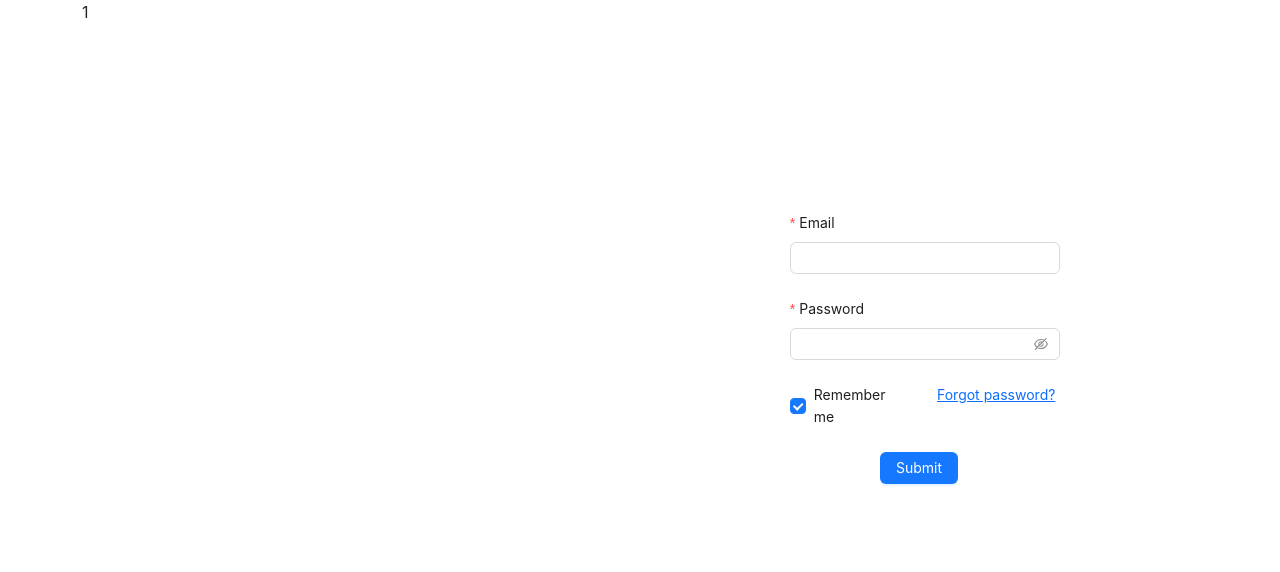
Repository: di-huynh-dev/kanban-inventory-management
Page: /
These files come from the project's save history. The page is drawn as it stood at one moment and after the next save; the edit follows.
The browser window is 1280 px wide. The pictures show the whole page.
The project was rebuilt for these pictures with package versions that can differ from the ones it lists, and the page was loaded fresh each time. Also part of the build but not shown: src/App.css, src/pages/auth/SignUp.tsx, src/routers/MainRouter.tsx.

Above is the page before, as saved 2024-09-07 11:53:04.

### public/index.html
<!DOCTYPE html>
<html lang="en">
  <head>
    <meta charset="utf-8" />
    <link rel="icon" href="%PUBLIC_URL%/favicon.ico" />
    <meta name="viewport" content="width=device-width, initial-scale=1" />
    <meta name="theme-color" content="#000000" />
    <meta
      name="description"
      content="Web site created using create-react-app"
    />
    <link rel="apple-touch-icon" href="%PUBLIC_URL%/logo192.png" />
    <link
      rel="stylesheet"
      href="https://cdn.jsdelivr.net/npm/bootstrap@5.3.2/dist/css/bootstrap.min.css"
      integrity="sha384-T3c6CoIi6uLrA9TneNEoa7RxnatzjcDSCmG1MXxSR1GAsXEV/Dwwykc2MPK8M2HN"
      crossorigin="anonymous"
    />
    <!--
      manifest.json provides metadata used when your web app is installed on a
      user's mobile device or desktop. See https://developers.google.com/web/fundamentals/web-app-manifest/
    -->
    <link rel="manifest" href="%PUBLIC_URL%/manifest.json" />
    <!--
      Notice the use of %PUBLIC_URL% in the tags above.
      It will be replaced with the URL of the `public` folder during the build.
      Only files inside the `public` folder can be referenced from the HTML.

      Unlike "/favicon.ico" or "favicon.ico", "%PUBLIC_URL%/favicon.ico" will
      work correctly both with client-side routing and a non-root public URL.
      Learn how to configure a non-root public URL by running `npm run build`.
    -->
    <title>React App</title>
  </head>
  <body>
    <noscript>You need to enable JavaScript to run this app.</noscript>
    <div id="root"></div>
    <!--
      This HTML file is a template.
      If you open it directly in the browser, you will see an empty page.

      You can add webfonts, meta tags, or analytics to this file.
      The build step will place the bundled scripts into the <body> tag.

      To begin the development, run `npm start` or `yarn start`.
      To create a production bundle, use `npm run build` or `yarn build`.
    -->
  </body>
</html>

### src/index.css
body {
  margin: 0;
  font-family: -apple-system, BlinkMacSystemFont, 'Segoe UI', 'Roboto', 'Oxygen', 'Ubuntu', 'Cantarell', 'Fira Sans',
    'Droid Sans', 'Helvetica Neue', sans-serif;
  -webkit-font-smoothing: antialiased;
  -moz-osx-font-smoothing: grayscale;
}

code {
  font-family: source-code-pro, Menlo, Monaco, Consolas, 'Courier New', monospace;
}

.content-center {
  height: 100vh;
  justify-content: center;
  align-items: center;
  display: flex;
}

### src/App.tsx
import './App.css'
import Routers from './routers/Routers'

function App() {
  return <Routers />
}

export default App

### src/routers/Routers.tsx
import AuthRouter from './AuthRouter'
import MainRouter from './MainRouter'

const Routers = () => {
  return 1 < 2 ? <AuthRouter></AuthRouter> : <MainRouter></MainRouter>
}

export default Routers

### src/routers/AuthRouter.tsx
import { createBrowserRouter, RouterProvider } from 'react-router-dom'
import { LoginPage, SignUpPage } from '../pages'

const authRouter = createBrowserRouter([
  {
    path: '/',
    element: <LoginPage></LoginPage>,
  },
  {
    path: '/sign-up',
    element: <SignUpPage></SignUpPage>,
  },
])
const AuthRouter = () => {
  return (
    <div className="container">
      <div className="row">
        <div className="col">1</div>
        <div className="col content-center">
          <RouterProvider router={authRouter} />
        </div>
      </div>
    </div>
  )
}

export default AuthRouter

### src/pages/index.ts
import LoginPage from './auth/Login'
import SignUpPage from './auth/SignUp'

export { LoginPage, SignUpPage }

### src/pages/auth/Login.tsx
import type { FormProps } from 'antd'
import { Button, Checkbox, Form, Input } from 'antd'
import { Link } from 'react-router-dom'

type FieldType = {
  email?: string
  password?: string
  remember?: string
}

const LoginPage = () => {
  const onFinish: FormProps<FieldType>['onFinish'] = (values) => {
    console.log('Success:', values)
  }

  const onFinishFailed: FormProps<FieldType>['onFinishFailed'] = (errorInfo) => {
    console.log('Failed:', errorInfo)
  }
  return (
    <>
      {' '}
      <Form
        layout="vertical"
        initialValues={{ remember: true }}
        onFinish={onFinish}
        onFinishFailed={onFinishFailed}
        autoComplete="off"
      >
        <Form.Item<FieldType>
          label="Email"
          name="email"
          rules={[{ required: true, message: 'Please input your username!' }]}
        >
          <Input />
        </Form.Item>

        <Form.Item<FieldType>
          label="Password"
          name="password"
          rules={[{ required: true, message: 'Please input your password!' }]}
        >
          <Input.Password />
        </Form.Item>

        <div className="row">
          <div className="col">
            <Form.Item<FieldType> name="remember" valuePropName="checked">
              <Checkbox>Remember me</Checkbox>
            </Form.Item>
          </div>

          <div className="col text-right">
            <Link to={'/'}>Forgot password?</Link>
          </div>
        </div>

        <Form.Item wrapperCol={{ offset: 8, span: 16 }}>
          <Button type="primary" htmlType="submit">
            Submit
          </Button>
        </Form.Item>
      </Form>
    </>
  )
}

export default LoginPage

Loaded but not shown: src/index.tsx (common file); src/reportWebVitals.ts (common file)

After the next save:
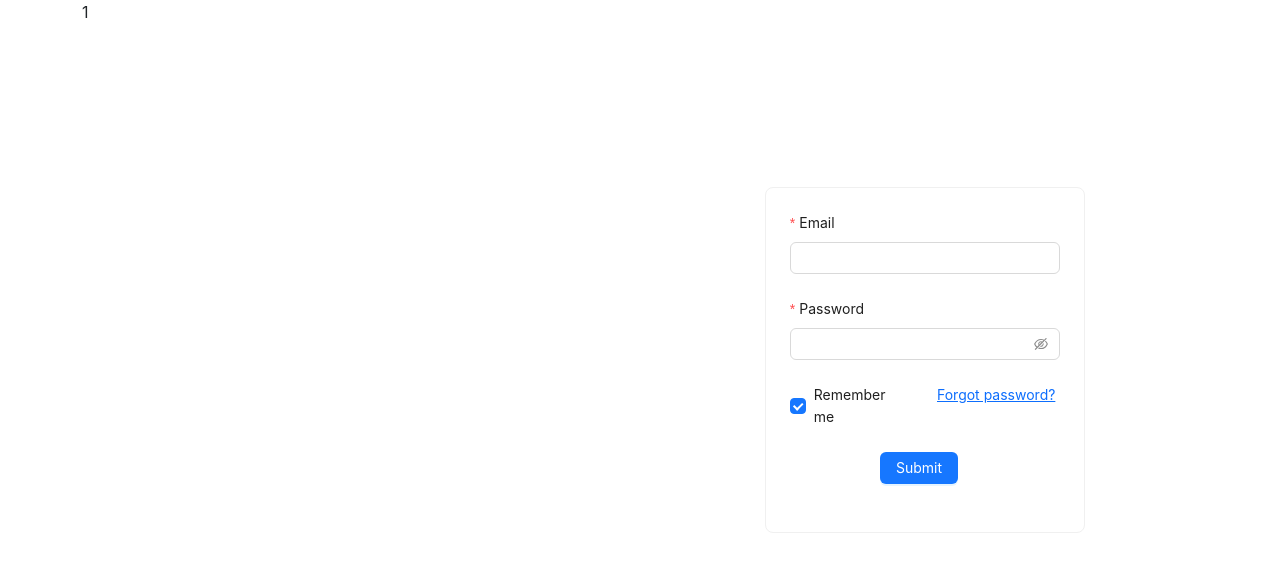
Saved 13 s later.
--- a/src/pages/auth/Login.tsx
+++ b/src/pages/auth/Login.tsx
@@ -1,5 +1,5 @@
 import type { FormProps } from 'antd'
-import { Button, Checkbox, Form, Input } from 'antd'
+import { Button, Card, Checkbox, Form, Input } from 'antd'
 import { Link } from 'react-router-dom'
 
 type FieldType = {
@@ -18,48 +18,49 @@ const LoginPage = () => {
   }
   return (
     <>
-      {' '}
-      <Form
-        layout="vertical"
-        initialValues={{ remember: true }}
-        onFinish={onFinish}
-        onFinishFailed={onFinishFailed}
-        autoComplete="off"
-      >
-        <Form.Item<FieldType>
-          label="Email"
-          name="email"
-          rules={[{ required: true, message: 'Please input your username!' }]}
+      <Card>
+        <Form
+          layout="vertical"
+          initialValues={{ remember: true }}
+          onFinish={onFinish}
+          onFinishFailed={onFinishFailed}
+          autoComplete="off"
         >
-          <Input />
-        </Form.Item>
+          <Form.Item<FieldType>
+            label="Email"
+            name="email"
+            rules={[{ required: true, message: 'Please input your username!' }]}
+          >
+            <Input />
+          </Form.Item>
 
-        <Form.Item<FieldType>
-          label="Password"
-          name="password"
-          rules={[{ required: true, message: 'Please input your password!' }]}
-        >
-          <Input.Password />
-        </Form.Item>
+          <Form.Item<FieldType>
+            label="Password"
+            name="password"
+            rules={[{ required: true, message: 'Please input your password!' }]}
+          >
+            <Input.Password />
+          </Form.Item>
 
-        <div className="row">
-          <div className="col">
-            <Form.Item<FieldType> name="remember" valuePropName="checked">
-              <Checkbox>Remember me</Checkbox>
-            </Form.Item>
+          <div className="row">
+            <div className="col">
+              <Form.Item<FieldType> name="remember" valuePropName="checked">
+                <Checkbox>Remember me</Checkbox>
+              </Form.Item>
+            </div>
+
+            <div className="col text-right">
+              <Link to={'/'}>Forgot password?</Link>
+            </div>
           </div>
 
-          <div className="col text-right">
-            <Link to={'/'}>Forgot password?</Link>
-          </div>
-        </div>
-
-        <Form.Item wrapperCol={{ offset: 8, span: 16 }}>
-          <Button type="primary" htmlType="submit">
-            Submit
-          </Button>
-        </Form.Item>
-      </Form>
+          <Form.Item wrapperCol={{ offset: 8, span: 16 }}>
+            <Button type="primary" htmlType="submit">
+              Submit
+            </Button>
+          </Form.Item>
+        </Form>
+      </Card>
     </>
   )
 }
